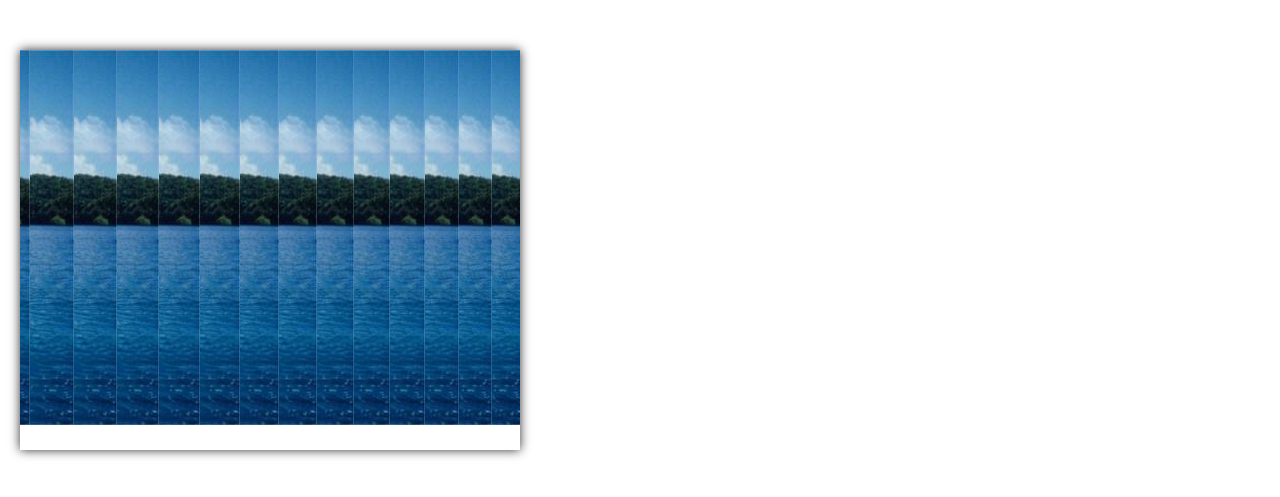
Repository: fangYiYuan/javascript-
Page: canvas/8.水平全景滚动.html
These files come from the project's save history. The page is drawn as it stood at one moment and after the next save; the edit follows.
The browser window is 1280 px wide. The pictures show the whole page.

Above is the page before, as saved 2020-04-14 16:17:30.

After the next save:
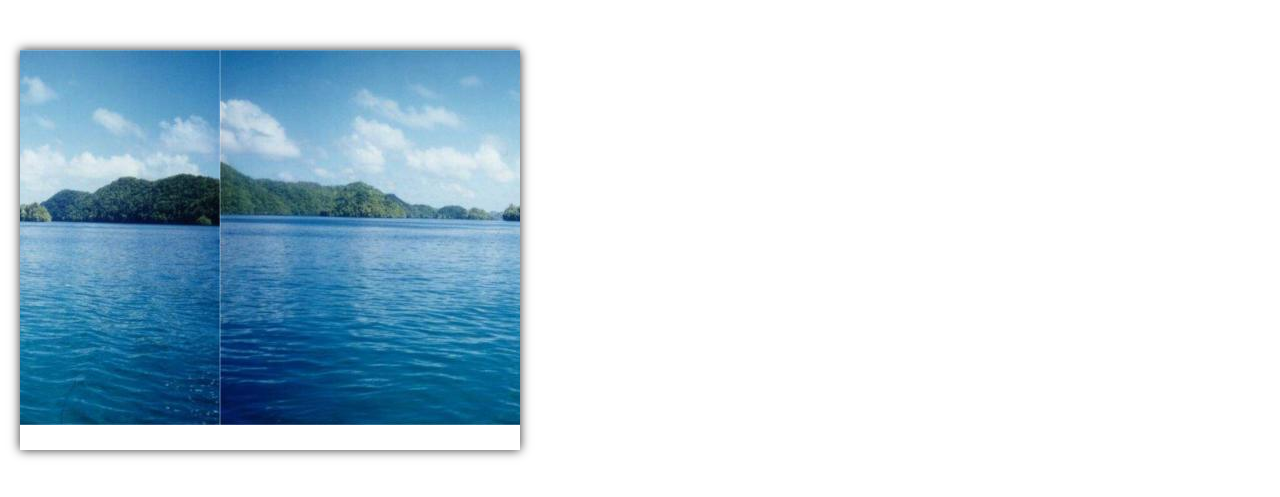
Saved 87 s later.
--- a/canvas/8.水平全景滚动.html
+++ b/canvas/8.水平全景滚动.html
@@ -26,8 +26,8 @@
   let con = draw.getContext('2d')
   let x = 0
   function bgMove () {
+    con.save()
     con.translate(-x, 0)
-    con.save()
     con.clearRect(0, 0, draw.width, draw.height)
     con.drawImage(img, 0, 0)
     con.drawImage(img, draw.width, 0)

After the save that followed:
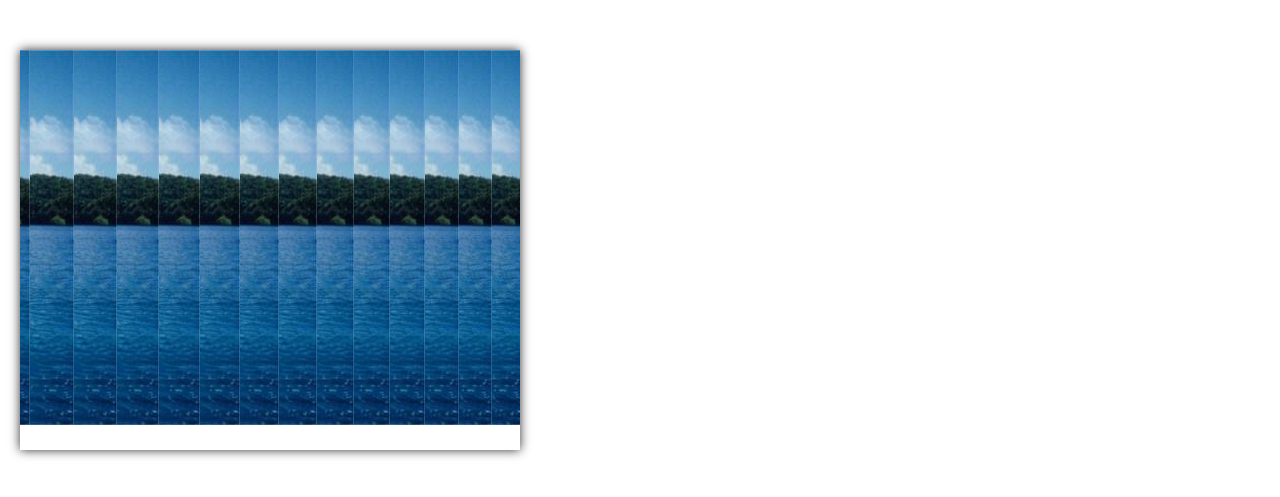
Saved 81 s later.
--- a/canvas/8.水平全景滚动.html
+++ b/canvas/8.水平全景滚动.html
@@ -35,7 +35,7 @@
     if (x > draw.width) {
       x = 0
     }
-    con.restore()
+    // con.restore()
     window.requestAnimationFrame(bgMove)
   }
   let img = new Image()
